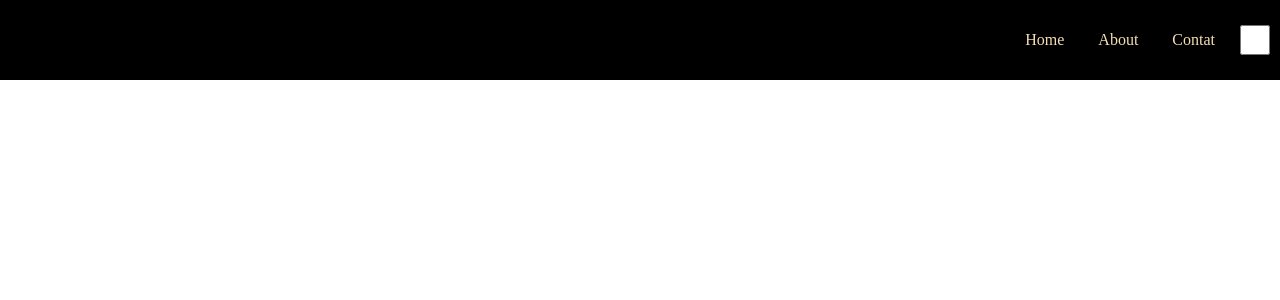
Repository: imokha01/toggleNavBar
Page: index.html
The author's editor kept a copy of each file at every save. The page is drawn from the files as they stood at one save, then again after a run of saves.
The browser window is 1280 px wide. The pictures show the whole page.

Above is the page before, as saved 2023-12-26 22:26:02.

After the next 2 saves:
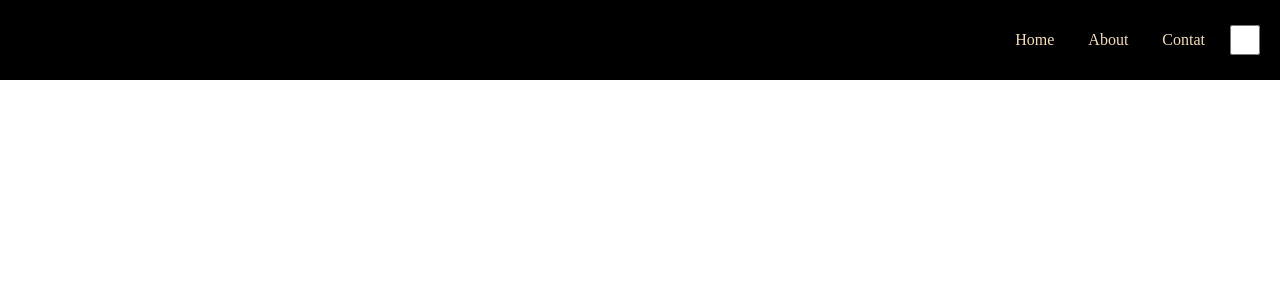
The 2 saves are shown as one change because they came seconds apart.
The last was saved 6 s later.
--- a/style.css
+++ b/style.css
@@ -26,7 +26,7 @@
     display: flex;
     justify-content: end;
     align-items: center;
-    padding: 10px;
+    padding: 10px 20px;
 
     gap: 10px;
 }
